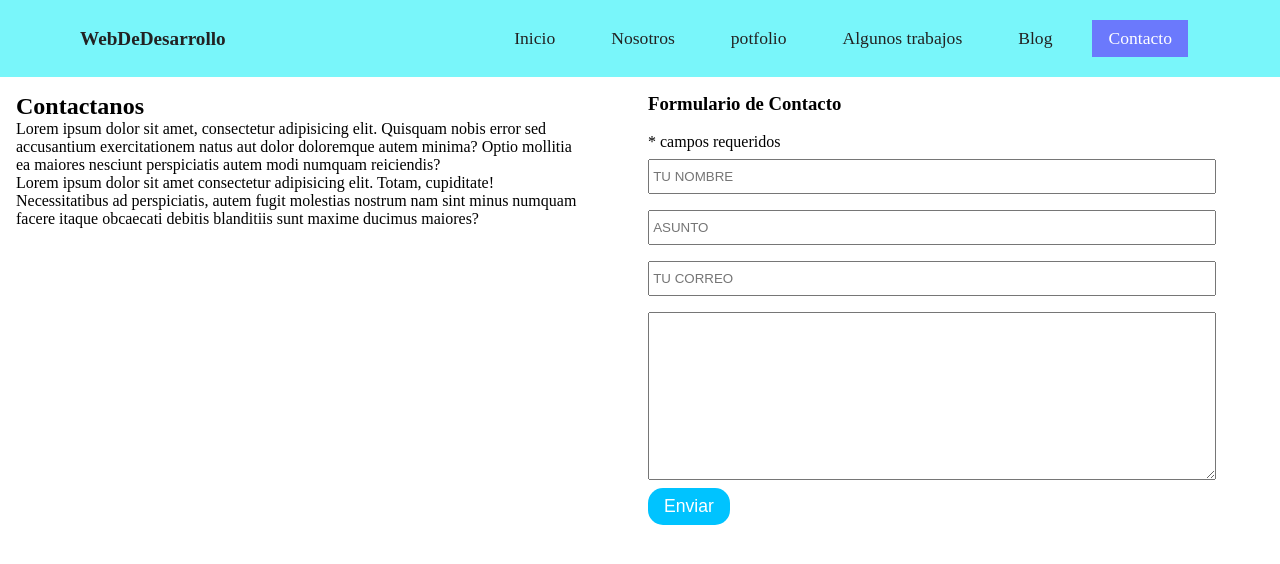
Repository: cega17/pagina-CegaWeb
Page: form.html
An editor plug-in stored every save of this project. The page is shown before and after the next save, followed by the edit.
The browser window is 1280 px wide. The pictures show the whole page.

Above is the page before, as saved 2023-10-06 18:31:04.

### form.html
<!DOCTYPE html>
<html lang="en">
<head>
    <meta charset="UTF-8">
    <meta name="viewport" content="width=device-width, initial-scale=1.0">
    <link rel="stylesheet" href="./css/stylesform.css">
    <title>Formulario de registro</title>
</head>
<body>

    <header class="main-header">
        <div class="header-wrap">
          <div class="wrap-logo-header">
            <a href="/" class="logo-header">
              Web<span>De</span><span>Desarrollo</span>
            </a>
          </div>
          <div class="wrap-nav-header">
            <nav class="nav-header">
              <input type="checkbox" id="check" />
              <label for="check" class="checkbtn">
                <i class="toggle-menu">
                  <img
                    src="data:[embedded picture, 1242 characters]"
                  />
                </i>
              </label>
              <ul class="main-menu">
                <li class="menu-item"><a href="#inicio">Inicio</a></li>
                <li class="menu-item"><a href="#MiFooter">Nosotros</a></li>
                <li class="menu-item"><a href="indexPortf.html">potfolio</a></li>
                <li class="menu-item"><a href="#trabajos">Algunos trabajos</a></li>
                <li class="menu-item"><a href="/">Blog</a></li>
                <li class="menu-item">
                  <a id="nav-main-contact" href="form.html">Contacto</a>
                </li>
              </ul>
            </nav>
          </div>
        </div>
      </header>
      <div class="hero"></div>

    <section class="section">
        <div class="wrap-two-column">
            <div class="column-half">

                <h2>Contactanos</h2>
                <p>Lorem ipsum dolor sit amet, consectetur adipisicing elit. Quisquam nobis error sed accusantium exercitationem natus aut dolor doloremque autem minima? Optio mollitia ea maiores nesciunt perspiciatis autem modi numquam reiciendis?</p>
                <p>Lorem ipsum dolor sit amet consectetur adipisicing elit. Totam, cupiditate! Necessitatibus ad perspiciatis, autem fugit molestias nostrum nam sint minus numquam facere itaque obcaecati debitis blanditiis sunt maxime ducimus maiores?</p>
            </div>
            <div class="column-half">
                <h3>Formulario de Contacto</h3><br>
                <p>* campos requeridos</p>
                <form action="" class="formulario">
                    <input type="text" placeholder="TU NOMBRE">
                    <input type="text" placeholder="ASUNTO">
                    <input type="text" placeholder="TU CORREO">
                    <textarea name="" id="" cols="30" rows="10">

                    </textarea>
                    <button type="submit">Enviar</button>
                </form>
            </div>
        </div>

    </section>
</body>
</html>

### css/stylesform.css
*{
    text-decoration: none;
    margin: 0;
    padding: 0;
}
header.main-header{
    position: relative;
    top: 0;
    width: 100%;
    z-index: 9999;
  }

  .header-wrap{
    display: flex;
    justify-content: space-between;
    padding: 1rem;
    background-color: #79f6fa;
    z-index: 999;
  }

  .wrap-logo-header{
    display: flex;
    align-items: center;
    flex-basis: 15%;

  }

  .logo-header{
    font-weight: bold;
    font-size: 1.2rem;
    color: #222;
  }

  .nav-header{
    display: flex;
    align-items: center;
    width: 100%;
  }

  .nav-wrap-header{
    display: flex;
    flex-basis: 50%;
  }

  ul.main-menu{
    display: flex;
    width: 100%;
    z-index: 99;
    margin: 0;
    padding: 0;
    justify-content: space-between;
    align-items: center;
    font-size: 1.1rem;
  }

  ul.main-menu #nav-main-contact{
    display: flex;
    align-items: center;
    padding: .5rem 1rem;
    background-color: #6b79fc;
    color: #fff;
  }

  li.menu-item{
    margin: .75rem;
    display: flex;
  }

  li.menu-item a{
    padding: .5rem 1rem;
    color: #222;
  }

  li.menu-item a:hover{
    color: #33acfd;
  }

  i.toggle-menu img{
    width: 27px;
    z-index: 99;
  }
  i.toggle-menu{
    display: none;
    background-color: #fff;
    border: none;
    z-index: 9999;
  }

  input#check{
    display: none;
  }

  @media (min-width:880px){
    .header-wrap{
      padding: .5rem 5rem;

    }
  }

  @media (max-width:768px){
    a.logo-header{
      color: #02c0fa;
    }
}
@media (max-width:768px){
    header.main-header{
        margin-bottom: 4rem;

    }
    .header-wrap{
      position: fixed;
      width: 100%;
      background-color: #fff;
      padding: 0;
      top: 0;
      z-index: 9999;
      height: 60px;
    }
    .wrap-logo-header{
      position: fixed;
      z-index: 999;
      top: 3%;
      left: 3%;
    }
    .logo-header, li.menu-item a{
        color: #222;
      }
    i.toggle-menu{
      display: flex;
      cursor: pointer;
    }
    ul.main-menu,#nav-main-contact{
      display: none;
      left: 0;
      margin: 0;
      padding: 0;
    }
    ul.main-menu{
      position: fixed;
      background-color: #fff;
    }
    label.checkbtn{
      position: fixed;
      right: 3%;
      top: 3%;
      z-index: 9999;
    }
    #check:checked ~ ul{
      display: flex;
      z-index: 9;
      flex-flow: column;
      align-items: center;
      justify-content: center;
      height: 100vh;
      top: 0;
      font-size: 2rem;
    }

  }
.hero-page{
    background: linear-gradient(to bottom, rgb(0 0 0 / .5), rgb(0 0 0 / .5)), url(imgs/fondo2.jpeg) center;
    background-size: cover;
    height: 200px;
    margin-top: 80px;
    display: flex;
    justify-content: center;
    align-items: center;

 }
 .wrap-hero-page{
    color: #fff;
    padding:  1rem;
 }

 .section{
    max-width: 1200px;
    margin-top: 3rem auto;
    padding: 1rem;
 }

 .wrap-two-column{
    display:grid;
    grid-template-columns:  1fr 1fr;
    column-gap: 4rem;
 }

 /* formulario */

 .formulario{
    display: flex;
    flex-flow: column;
 }
 .formulario input, .formulario textarea{
    margin: .5rem 0;
    padding: .5rem .2rem;

 }

 .formulario button{
    width: fit-content;
    border:none;
    padding: .5rem 1rem;
    background-color: #00c3ff;
    color: #fff;
    font-size: 1.1rem;
    border-radius:15px;
 }

 @media (max-width:640px){
    .wrap-two-column{
        grid-template-columns: 1fr;
    }
 }

After the next save:
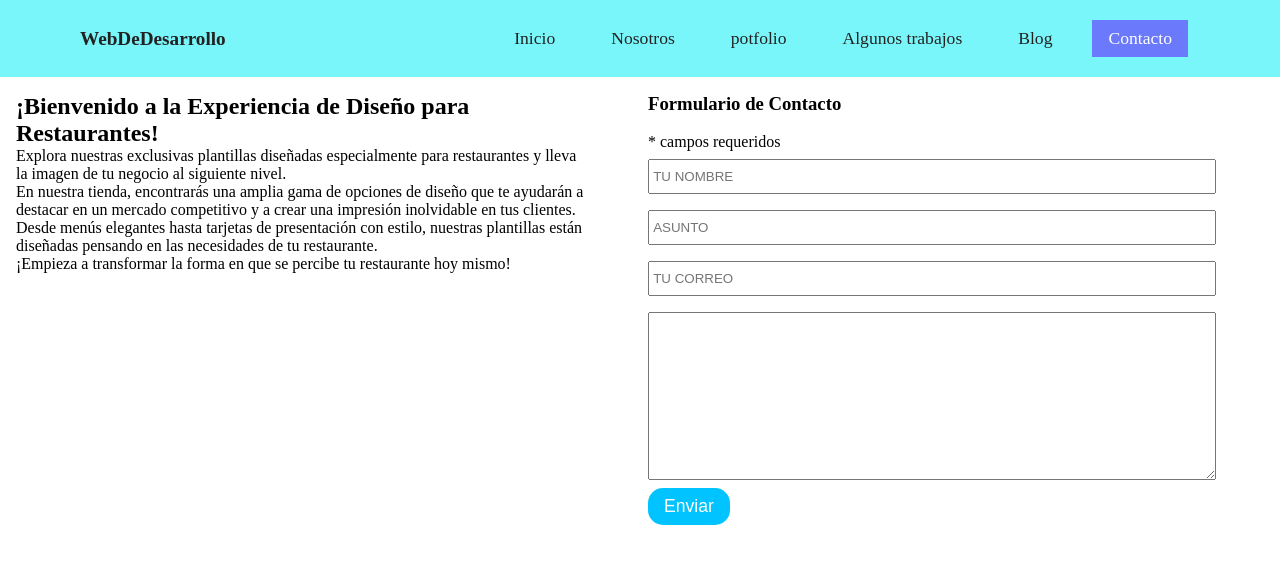
Saved 37 min 56 s later.
--- a/form.html
+++ b/form.html
@@ -45,9 +45,11 @@
         <div class="wrap-two-column">
             <div class="column-half">
 
-                <h2>Contactanos</h2>
-                <p>Lorem ipsum dolor sit amet, consectetur adipisicing elit. Quisquam nobis error sed accusantium exercitationem natus aut dolor doloremque autem minima? Optio mollitia ea maiores nesciunt perspiciatis autem modi numquam reiciendis?</p>
-                <p>Lorem ipsum dolor sit amet consectetur adipisicing elit. Totam, cupiditate! Necessitatibus ad perspiciatis, autem fugit molestias nostrum nam sint minus numquam facere itaque obcaecati debitis blanditiis sunt maxime ducimus maiores?</p>
+                <h2>¡Bienvenido a la Experiencia de Diseño para Restaurantes!</h2>
+                <p>Explora nuestras exclusivas plantillas diseñadas especialmente para restaurantes y lleva la imagen de tu negocio al siguiente nivel.</p>
+                <p>En nuestra tienda, encontrarás una amplia gama de opciones de diseño que te ayudarán a destacar en un mercado competitivo y a crear una impresión inolvidable en tus clientes.</p>
+                <p>Desde menús elegantes hasta tarjetas de presentación con estilo, nuestras plantillas están diseñadas pensando en las necesidades de tu restaurante.</p>
+                <p>¡Empieza a transformar la forma en que se percibe tu restaurante hoy mismo!</p>
             </div>
             <div class="column-half">
                 <h3>Formulario de Contacto</h3><br>
